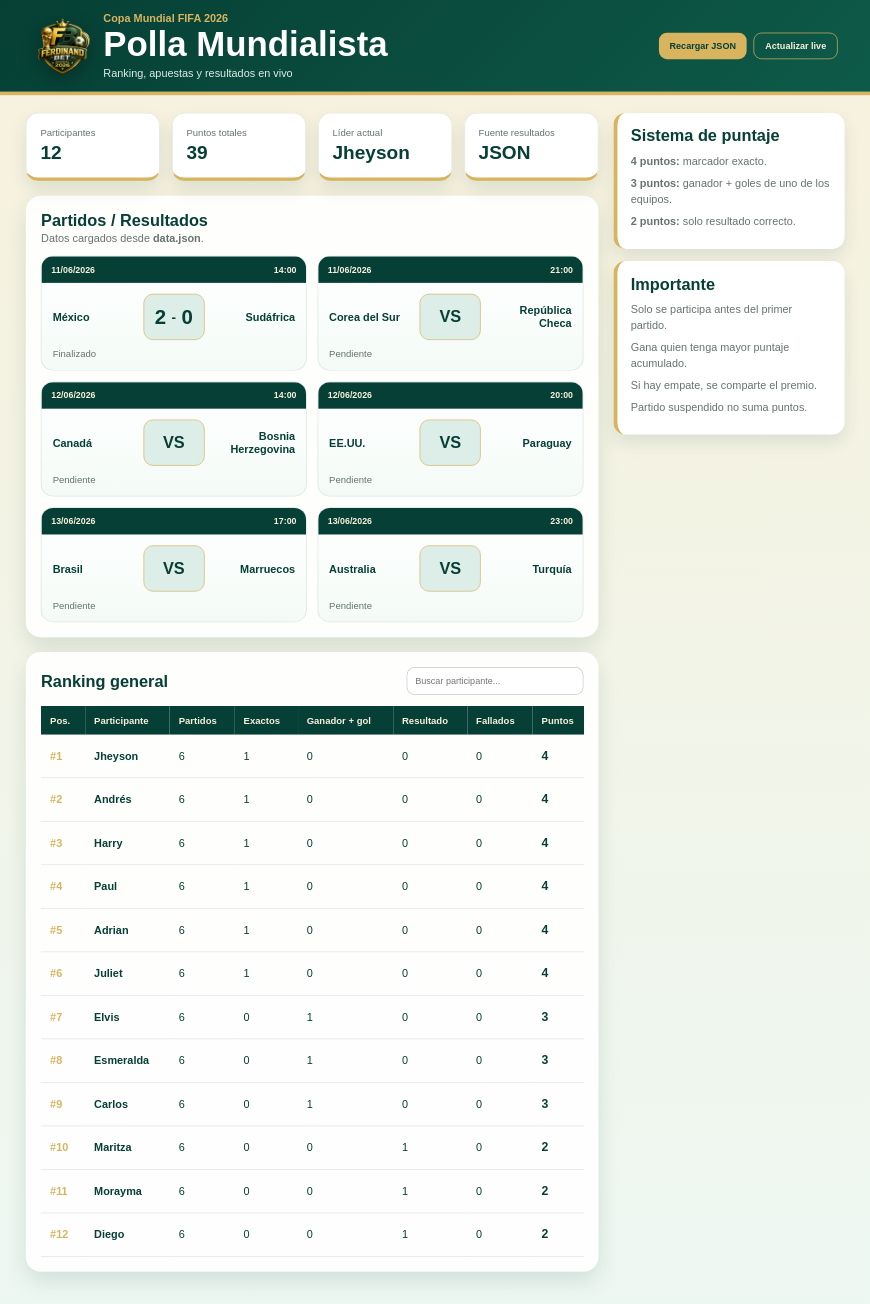
Repository: DiegoSot0/ferdinand-bet
Page: index.html
An editor plug-in stored every save of this project. The page is shown before and after the next save, followed by the edit.
The browser window is 1280 px wide. The pictures show the whole page, at 68% of full size.

Above is the page before, as saved 2026-06-11 21:06:46.

### index.html
<!DOCTYPE html>
<html lang="es">
<head>
  <meta charset="UTF-8" />
  <meta name="viewport" content="width=device-width, initial-scale=1.0" />
  <title>Ferdinand Bet | Polla Mundialista</title>
  <link rel="stylesheet" href="style.css" />
</head>

<body>
  <header class="topbar">
    <div class="brand">
      <img src="assets/logo-ferdinand-bet.png" alt="Ferdinand Bet" />
      <div>
        <span>Copa Mundial FIFA 2026</span>
        <h1>Polla Mundialista</h1>
        <p>Ranking, apuestas y resultados en vivo</p>
      </div>
    </div>

    <div class="actions">
      <button onclick="recargarJSON()">Recargar JSON</button>
      <button class="outline" onclick="cargarLive()">Actualizar live</button>
    </div>
  </header>

  <main class="layout">
    <section class="content">
      <section class="kpis">
        <article><span>Participantes</span><strong id="kpiParticipantes">0</strong></article>
        <article><span>Puntos totales</span><strong id="kpiPuntos">0</strong></article>
        <article><span>Líder actual</span><strong id="kpiLider">-</strong></article>
        <article><span>Fuente resultados</span><strong id="kpiFuente">JSON</strong></article>
      </section>

      <section class="panel">
        <div class="panel-title">
          <div>
            <h2>Partidos / Resultados</h2>
            <p id="estadoLive">Datos cargados desde <b>data.json</b>.</p>
          </div>
        </div>
        <div id="partidosGrid" class="matches"></div>
      </section>

      <section class="panel">
        <div class="panel-title">
          <h2>Ranking general</h2>
          <input id="buscar" type="search" placeholder="Buscar participante..." oninput="renderParticipantes()" />
        </div>

        <div class="table-wrap">
          <table>
            <thead>
              <tr>
                <th>Pos.</th>
                <th>Participante</th>
                <th>Partidos</th>
                <th>Exactos</th>
                <th>Ganador + gol</th>
                <th>Resultado</th>
                <th>Fallados</th>
                <th>Puntos</th>
                <th>Detalle</th>
              </tr>
            </thead>
            <tbody id="tablaParticipantes"></tbody>
          </table>
        </div>
      </section>
    </section>

    <aside class="sidebar-rules">
      <div class="rule-card">
        <h2>Sistema de puntaje</h2>
        <p><b>4 puntos:</b> marcador exacto.</p>
        <p><b>3 puntos:</b> ganador + goles de uno de los equipos.</p>
        <p><b>2 puntos:</b> solo resultado correcto.</p>
      </div>

      <div class="rule-card">
        <h2>Importante</h2>
        <p>Solo se participa antes del primer partido.</p>
        <p>Gana quien tenga mayor puntaje acumulado.</p>
        <p>Si hay empate, se comparte el premio.</p>
        <p>Partido suspendido no suma puntos.</p>
      </div>
    </aside>
  </main>

  <div class="modal" id="modalDetalle">
    <div class="modal-content">
      <div class="modal-header">
        <h2 id="modalTitulo">Detalle</h2>
        <button class="btn-close" onclick="cerrarModal('modalDetalle')">×</button>
      </div>

      <div class="detalle-resumen" id="detalleResumen"></div>

      <div class="table-wrap">
        <table>
          <thead>
            <tr>
              <th>N°</th>
              <th>Fecha</th>
              <th>Hora</th>
              <th>Partido</th>
              <th>Apuesta</th>
              <th>Real</th>
              <th>Estado</th>
              <th>Puntos</th>
            </tr>
          </thead>
          <tbody id="tablaApuestas"></tbody>
        </table>
      </div>
    </div>
  </div>

  <script src="config.js"></script>
  <script src="app.js"></script>
</body>
</html>

### style.css
:root {
  --verde-oscuro: #063f35;
  --verde: #0e5a48;
  --verde-claro: #dceee7;
  --dorado: #d8b45f;
  --crema: #f7f1dc;
  --blanco: #ffffff;
  --gris: #66736e;
  --rojo: #cf4545;
  --azul: #1f5d8f;
  --amarillo: #fff1bd;
}

* {
  box-sizing: border-box;
}

body {
  margin: 0;
  font-family: Arial, Helvetica, sans-serif;
  background: linear-gradient(180deg, var(--crema), #edf7f2);
  color: var(--verde-oscuro);
}

.topbar {
  background: linear-gradient(135deg, var(--verde-oscuro), var(--verde));
  color: white;
  border-bottom: 5px solid var(--dorado);
  padding: 18px min(5vw, 48px);
  display: flex;
  justify-content: space-between;
  align-items: center;
  gap: 18px;
}

.brand {
  display: flex;
  align-items: center;
  gap: 16px;
}

.brand img {
  width: 88px;
  height: 88px;
  object-fit: contain;
  filter: drop-shadow(0 8px 14px rgba(0, 0, 0, .3));
}

.brand span {
  color: var(--dorado);
  font-weight: bold;
}

.brand h1 {
  margin: 4px 0 0;
  font-size: clamp(28px, 4vw, 52px);
  line-height: 1;
}

.brand p {
  margin: 8px 0 0;
  color: #dceee7;
}

.actions {
  display: flex;
  gap: 10px;
  flex-wrap: wrap;
}

button {
  border: none;
  border-radius: 12px;
  padding: 11px 16px;
  background: var(--dorado);
  color: var(--verde-oscuro);
  font-weight: 800;
  cursor: pointer;
}

button:hover {
  filter: brightness(.95);
}

button.outline {
  background: transparent;
  color: var(--crema);
  border: 1px solid var(--dorado);
}

.layout {
  width: min(1480px, 94%);
  margin: 26px auto;
  display: grid;
  grid-template-columns: minmax(0, 1fr) 340px;
  gap: 22px;
  align-items: start;
}

.content {
  min-width: 0;
}

.sidebar-rules {
  position: sticky;
  top: 20px;
  display: grid;
  gap: 18px;
}

.rule-card {
  background: white;
  border-left: 6px solid var(--dorado);
  border-radius: 18px;
  padding: 20px;
  box-shadow: 0 12px 25px rgba(6, 63, 53, .10);
}

.rule-card h2 {
  margin: 0 0 12px;
  color: var(--verde-oscuro);
}

.rule-card p {
  margin: 9px 0;
  color: var(--gris);
  line-height: 1.45;
}

.kpis {
  display: grid;
  grid-template-columns: repeat(4, 1fr);
  gap: 18px;
  margin-bottom: 22px;
}

.kpis article {
  background: white;
  border: 1px solid rgba(6, 63, 53, .12);
  border-bottom: 5px solid var(--dorado);
  border-radius: 18px;
  padding: 20px;
  box-shadow: 0 12px 25px rgba(6, 63, 53, .10);
}

.kpis span {
  display: block;
  color: var(--gris);
  font-size: 14px;
}

.kpis strong {
  display: block;
  font-size: 28px;
  margin-top: 6px;
}

.panel {
  background: rgba(255, 255, 255, .92);
  border-radius: 22px;
  padding: 22px;
  box-shadow: 0 14px 32px rgba(6, 63, 53, .12);
  margin-bottom: 22px;
}

.panel-title {
  display: flex;
  justify-content: space-between;
  gap: 14px;
  align-items: center;
  margin-bottom: 16px;
}

.panel-title h2 {
  margin: 0;
}

.panel-title p {
  margin: 4px 0 0;
  color: var(--gris);
}

input {
  border: 1px solid rgba(6, 63, 53, .25);
  border-radius: 12px;
  padding: 12px;
  outline: none;
  width: 260px;
}

.matches {
  display: grid;
  grid-template-columns: repeat(auto-fit, minmax(290px, 1fr));
  gap: 16px;
}

.match-card {
  border: 1px solid rgba(6, 63, 53, .13);
  border-radius: 18px;
  overflow: hidden;
  background: linear-gradient(180deg, white, #f4fbf7);
}

.match-head {
  background: var(--verde-oscuro);
  color: var(--crema);
  padding: 12px 14px;
  display: flex;
  justify-content: space-between;
  font-weight: bold;
  font-size: 13px;
}

.match-body {
  padding: 16px;
}

.score-line {
  display: grid;
  grid-template-columns: 1fr 90px 1fr;
  align-items: center;
  gap: 12px;
}

.team {
  font-weight: 800;
  line-height: 1.2;
  overflow-wrap: normal;
  word-break: normal;
  hyphens: none;
}

.score-line .team:first-child {
  text-align: left;
}

.score-line .team:last-child {
  text-align: right;
}

.score-result,
.score-pending {
  width: 90px;
  height: 68px;
  display: flex;
  align-items: center;
  justify-content: center;
  gap: 8px;

  border: 1px solid var(--dorado);
  border-radius: 14px;
  background: var(--verde-claro);

  font-weight: 900;
  color: var(--verde-oscuro);
}

.score-result {
  font-size: 30px;
}

.score-result .dash {
  font-size: 20px;
}

.score-pending {
  font-size: 24px;
}

.status {
  margin-top: 12px;
  color: var(--gris);
  font-size: 14px;
}

.table-wrap {
  overflow-x: auto;
}

table {
  width: 100%;
  border-collapse: collapse;
  min-width: 900px;
}

th {
  background: var(--verde-oscuro);
  color: var(--crema);
  text-align: left;
  padding: 13px;
  font-size: 14px;
}

td {
  border-bottom: 1px solid #dbe6e1;
  padding: 13px;
}

tbody tr:hover {
  background: #f2fbf7;
}

.pos {
  font-weight: 900;
  color: var(--dorado);
}

.puntos {
  font-size: 18px;
  font-weight: 900;
  color: var(--verde-oscuro);
}

.chip {
  display: inline-block;
  padding: 6px 10px;
  border-radius: 999px;
  font-size: 12px;
  font-weight: bold;
  white-space: nowrap;
}

.exacto {
  background: #dff7df;
  color: #116b28;
}

.parcial {
  background: var(--amarillo);
  color: #7a5b00;
}

.resultado {
  background: #dfefff;
  color: var(--azul);
}

.fallado {
  background: #ffe1e1;
  color: var(--rojo);
}

.pendiente {
  background: #edf1f0;
  color: var(--gris);
}

.modal {
  position: fixed;
  inset: 0;
  background: rgba(0, 0, 0, .55);
  display: none;
  align-items: center;
  justify-content: center;
  padding: 18px;
  z-index: 100;
}

.modal.show {
  display: flex;
}

.modal-content {
  width: min(1120px, 96vw);
  max-height: 88vh;
  overflow: auto;
  background: white;
  border-radius: 22px;
  padding: 22px;
  box-shadow: 0 22px 50px rgba(0, 0, 0, .35);
}

.modal-header {
  display: flex;
  justify-content: space-between;
  align-items: center;
  gap: 12px;
  border-bottom: 1px solid #e5eee9;
  padding-bottom: 12px;
  margin-bottom: 16px;
}

.modal-header h2 {
  margin: 0;
}

.btn-close {
  background: #eef5f1;
  font-size: 24px;
  line-height: 1;
  padding: 6px 12px;
}

.detalle-resumen {
  display: grid;
  grid-template-columns: repeat(5, 1fr);
  gap: 12px;
  margin-bottom: 16px;
}

.detalle-resumen div {
  background: var(--verde-claro);
  border-radius: 14px;
  padding: 13px;
}

.detalle-resumen span {
  display: block;
  color: var(--gris);
  font-size: 12px;
}

.detalle-resumen strong {
  font-size: 22px;
}

@media (max-width: 1200px) {
  .layout {
    grid-template-columns: 1fr;
  }

  .sidebar-rules {
    position: static;
    order: -1;
    grid-template-columns: 1fr 1fr;
  }
}

@media (max-width: 860px) {
  .topbar,
  .panel-title {
    flex-direction: column;
    align-items: flex-start;
  }

  .kpis,
  .detalle-resumen,
  .sidebar-rules {
    grid-template-columns: 1fr;
  }

  input {
    width: 100%;
  }
}

@media (max-width: 520px) {
  .brand img {
    width: 70px;
    height: 70px;
  }

  .matches {
    grid-template-columns: 1fr;
  }

  .score-line {
    grid-template-columns: 1fr;
    justify-items: center;
  }

  .score-line .team:first-child,
  .score-line .team:last-child {
    text-align: center;
  }
}

### config.js
window.FERDINAND_CONFIG = { liveUrl: "live-results.json" };

### app.js
let participantes = [];
let partidos = [];

async function leerJSON(url) {
  try {
    const res = await fetch(url + "?v=" + Date.now());
    if (!res.ok) throw new Error("No se encontró " + url);
    return await res.json();
  } catch (error) {
    console.error(error);
    alert("No se pudo leer " + url + ". Revisa que esté en la misma carpeta que index.html");
    return { partidos: [], participantes: [] };
  }
}

async function recargarJSON() {
  const data = await leerJSON("data.json");

  partidos = data.partidos || [];

  participantes = (data.participantes || []).map(p => ({
    ...p,
    apuestas: (p.apuestas || []).map(ap => calcularApuesta(ap))
  }));

  document.getElementById("kpiFuente").textContent = "JSON";
  document.getElementById("estadoLive").innerHTML = `Datos cargados desde <b>data.json</b>.`;

  renderPartidos();
  renderParticipantes();
}

async function cargarLive() {
  const live = await leerJSON("live-results.json");

  if (!live.partidos) {
    alert("live-results.json no tiene partidos");
    return;
  }

  live.partidos.forEach(liveMatch => {
    const partido = partidos.find(p => p.id === liveMatch.id);

    if (partido) {
      partido.real1 = liveMatch.real1;
      partido.real2 = liveMatch.real2;
      partido.estado = liveMatch.estado || partido.estado;
      partido.minuto = liveMatch.minuto || "";
    }
  });

  participantes = participantes.map(p => ({
    ...p,
    apuestas: p.apuestas.map(ap => calcularApuesta(ap))
  }));

  document.getElementById("kpiFuente").textContent = "LIVE";
  document.getElementById("estadoLive").innerHTML = `Resultados actualizados desde <b>live-results.json</b>.`;

  renderPartidos();
  renderParticipantes();
}

function calcularApuesta(apuesta) {
  const partido = partidos.find(p => p.id === apuesta.partidoId);

  if (!partido || partido.real1 === null || partido.real2 === null) {
    return { ...apuesta, puntos: 0, estado: "Pendiente" };
  }

  const pred1 = Number(apuesta.goles1);
  const pred2 = Number(apuesta.goles2);
  const real1 = Number(partido.real1);
  const real2 = Number(partido.real2);

  const exacto = pred1 === real1 && pred2 === real2;

  const resultadoPred = signo(pred1 - pred2);
  const resultadoReal = signo(real1 - real2);

  const aciertaResultado = resultadoPred === resultadoReal;
  const aciertaGolEquipo1 = pred1 === real1;
  const aciertaGolEquipo2 = pred2 === real2;

  let puntos = 0;
  let estado = "Fallado";

  if (exacto) {
    puntos = 4;
    estado = "Marcador exacto";
  } else if (aciertaResultado && (aciertaGolEquipo1 || aciertaGolEquipo2)) {
    puntos = 3;
    estado = "Ganador + gol";
  } else if (aciertaResultado) {
    puntos = 2;
    estado = "Resultado";
  }

  return { ...apuesta, puntos, estado };
}

function signo(num) {
  if (num > 0) return 1;
  if (num < 0) return -1;
  return 0;
}

function resumenPersona(persona) {
  const puntos = persona.apuestas.reduce((s, a) => s + a.puntos, 0);
  const exactos = persona.apuestas.filter(a => a.estado === "Marcador exacto").length;
  const parciales = persona.apuestas.filter(a => a.estado === "Ganador + gol").length;
  const resultados = persona.apuestas.filter(a => a.estado === "Resultado").length;
  const fallados = persona.apuestas.filter(a => a.estado === "Fallado").length;

  return {
    partidos: persona.apuestas.length,
    puntos,
    exactos,
    parciales,
    resultados,
    fallados
  };
}

function renderPartidos() {
  const contenedor = document.getElementById("partidosGrid");

  contenedor.innerHTML = partidos.map(p => {
    let marcador = "";

    if (p.real1 === null || p.real2 === null) {
      marcador = `
        <div class="score-pending">
          <span>VS</span>
        </div>
      `;
    } else {
      marcador = `
        <div class="score-result">
          <span>${p.real1}</span>
          <span class="dash">-</span>
          <span>${p.real2}</span>
        </div>
      `;
    }

    const estado = p.estado || (p.real1 === null ? "Pendiente" : "Finalizado");
    const minuto = p.minuto ? ` · ${p.minuto}` : "";

    return `
      <article class="match-card">
        <div class="match-head">
          <span>${p.fecha}</span>
          <span>${p.hora}</span>
        </div>

        <div class="match-body">
          <div class="score-line">
            <span class="team">${p.equipo1}</span>
            ${marcador}
            <span class="team">${p.equipo2}</span>
          </div>

          <div class="status">${estado}${minuto}</div>
        </div>
      </article>
    `;
  }).join("");
}

function renderParticipantes() {
  const buscar = document.getElementById("buscar").value.toLowerCase();

  const ordenados = participantes
    .filter(p => p.nombre.toLowerCase().includes(buscar))
    .map(p => ({ ...p, resumen: resumenPersona(p) }))
    .sort((a, b) => b.resumen.puntos - a.resumen.puntos);

  const tbody = document.getElementById("tablaParticipantes");

  tbody.innerHTML = ordenados.map((p, index) => `
    <tr>
      <td class="pos">#${index + 1}</td>
      <td><b>${p.nombre}</b></td>
      <td>${p.resumen.partidos}</td>
      <td>${p.resumen.exactos}</td>
      <td>${p.resumen.parciales}</td>
      <td>${p.resumen.resultados}</td>
      <td>${p.resumen.fallados}</td>
      <td class="puntos">${p.resumen.puntos}</td>
      <td><button onclick="verDetalle('${p.id}')">Ver</button></td>
    </tr>
  `).join("");

  pintarKpis(ordenados);
}

function pintarKpis(lista) {
  const totalPuntos = lista.reduce((s, p) => s + p.resumen.puntos, 0);

  document.getElementById("kpiParticipantes").textContent = lista.length;
  document.getElementById("kpiPuntos").textContent = totalPuntos;
  document.getElementById("kpiLider").textContent = lista[0]?.nombre ?? "-";
}

function verDetalle(id) {
  const persona = participantes.find(p => p.id === id);
  const resumen = resumenPersona(persona);

  document.getElementById("modalTitulo").textContent = `Apuestas de ${persona.nombre}`;

  document.getElementById("detalleResumen").innerHTML = `
    <div><span>Puntos</span><strong>${resumen.puntos}</strong></div>
    <div><span>Exactos</span><strong>${resumen.exactos}</strong></div>
    <div><span>Ganador + gol</span><strong>${resumen.parciales}</strong></div>
    <div><span>Resultado</span><strong>${resumen.resultados}</strong></div>
    <div><span>Fallados</span><strong>${resumen.fallados}</strong></div>
  `;

  document.getElementById("tablaApuestas").innerHTML = persona.apuestas.map((a, index) => {
    const p = partidos.find(x => x.id === a.partidoId);

    const clase = a.estado === "Marcador exacto" ? "exacto"
      : a.estado === "Ganador + gol" ? "parcial"
      : a.estado === "Resultado" ? "resultado"
      : a.estado === "Pendiente" ? "pendiente"
      : "fallado";

    const real = p.real1 === null || p.real2 === null
      ? "Pendiente"
      : `${p.real1} - ${p.real2}`;

    return `
      <tr>
        <td>${index + 1}</td>
        <td>${p.fecha}</td>
        <td>${p.hora}</td>
        <td><b>${p.equipo1}</b> vs <b>${p.equipo2}</b></td>
        <td>${a.goles1} - ${a.goles2}</td>
        <td>${real}</td>
        <td><span class="chip ${clase}">${a.estado}</span></td>
        <td class="puntos">${a.puntos}</td>
      </tr>
    `;
  }).join("");

  abrirModal("modalDetalle");
}

function abrirModal(id) {
  document.getElementById(id).classList.add("show");
}

function cerrarModal(id) {
  document.getElementById(id).classList.remove("show");
}

recargarJSON();

Loaded but not shown: data.json (498 lines, source omitted)

After the next save:
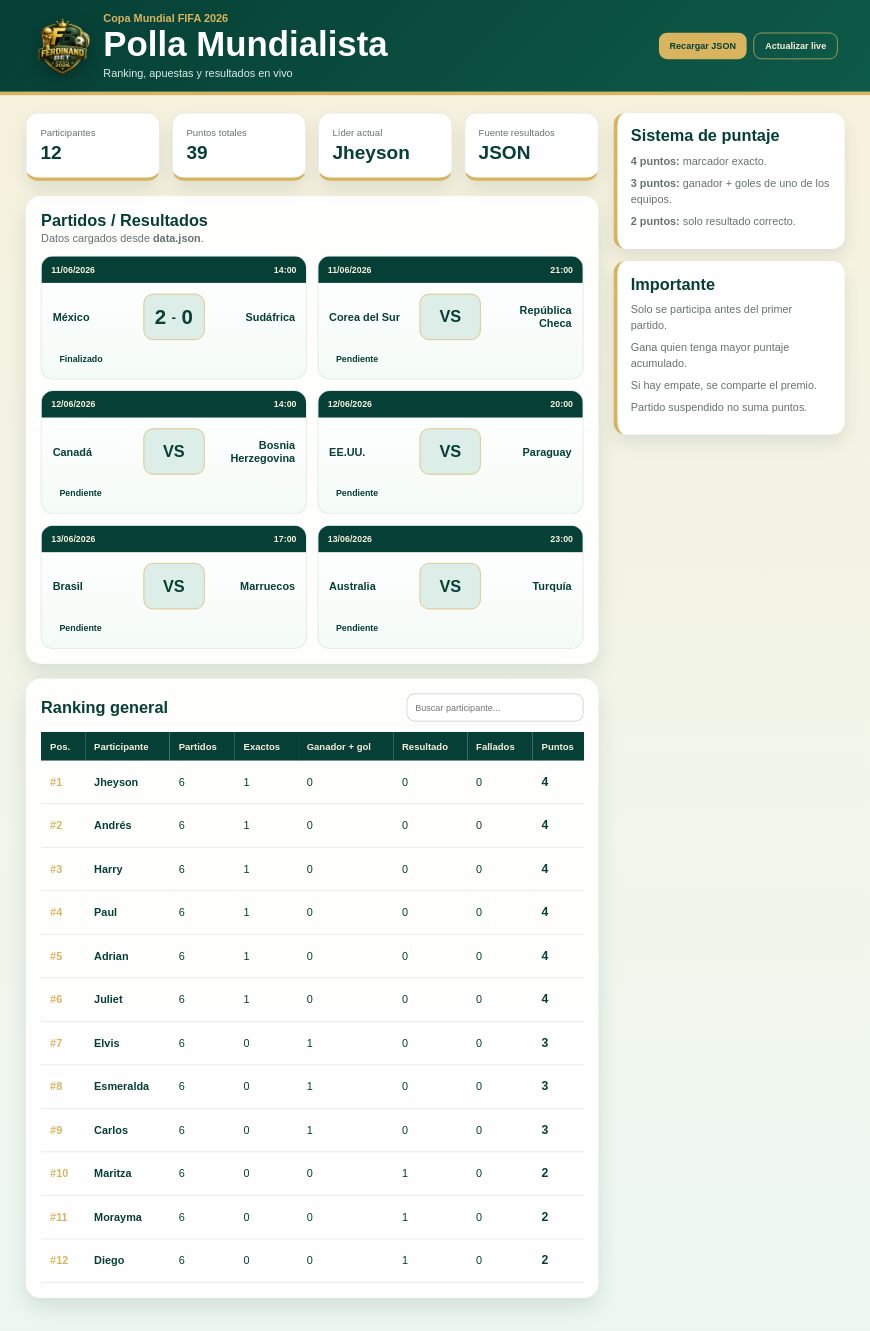
Saved 41 s later.
--- a/style.css
+++ b/style.css
@@ -268,9 +268,55 @@
 }
 
 .status {
-  margin-top: 12px;
-  color: var(--gris);
-  font-size: 14px;
+  margin-top: 14px;
+  display: inline-flex;
+  align-items: center;
+  gap: 7px;
+  padding: 6px 10px;
+  border-radius: 999px;
+  font-size: 13px;
+  font-weight: 800;
+}
+
+.status-live {
+  background: #ffe1e1;
+  color: #cf4545;
+}
+
+.status-live::before {
+  content: "";
+  width: 8px;
+  height: 8px;
+  border-radius: 50%;
+  background: #cf4545;
+  animation: pulseLive 1s infinite;
+}
+
+.status-final {
+  background: #dff7df;
+  color: #116b28;
+}
+
+.status-pending {
+  background: #fff1bd;
+  color: #7a5b00;
+}
+
+@keyframes pulseLive {
+  0% {
+    transform: scale(1);
+    opacity: 1;
+  }
+
+  50% {
+    transform: scale(1.45);
+    opacity: .45;
+  }
+
+  100% {
+    transform: scale(1);
+    opacity: 1;
+  }
 }
 
 .table-wrap {
@@ -427,6 +473,7 @@
 }
 
 @media (max-width: 860px) {
+
   .topbar,
   .panel-title {
     flex-direction: column;
